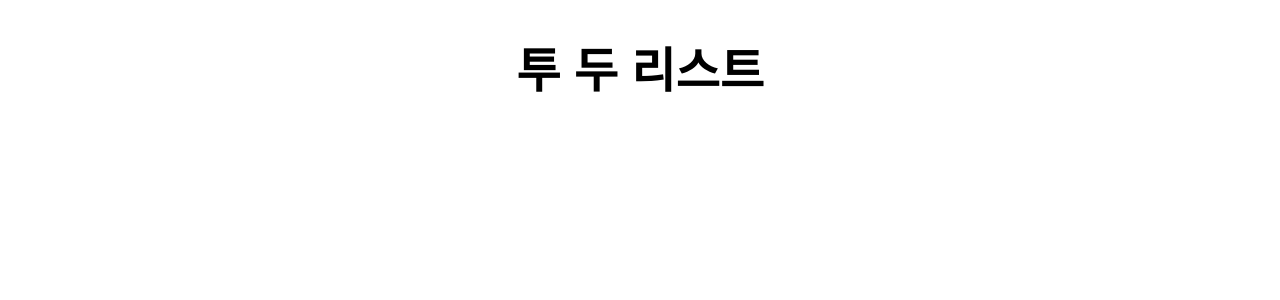
Repository: jun01270/Todo-List_React
Page: /
The author's editor kept a copy of each file at every save. The page is drawn from the files as they stood at one save, then again after the next save.
The browser window is 1280 px wide. The pictures show the whole page.
The project was rebuilt for these pictures with package versions that can differ from the ones it lists, and the page was loaded fresh each time.

Above is the page before, as saved 2023-01-02 17:18:31.

### public/index.html
<!DOCTYPE html>
<html lang="en">
  <head>
    <meta charset="utf-8" />
    <link rel="preconnect" href="https://fonts.googleapis.com" />
    <link rel="preconnect" href="https://fonts.gstatic.com" crossorigin />
    <link
      href="https://fonts.googleapis.com/css2?family=Nanum+Pen+Script&display=swap"
      rel="stylesheet"
    />
    <meta name="viewport" content="width=device-width, initial-scale=1" />
    <meta name="theme-color" content="#000000" />
    <meta
      name="description"
      content="Web site created using create-react-app"
    />
    <link rel="apple-touch-icon" href="%PUBLIC_URL%/logo192.png" />
    <!--
      manifest.json provides metadata used when your web app is installed on a
      user's mobile device or desktop. See https://developers.google.com/web/fundamentals/web-app-manifest/
    -->
    <link rel="manifest" href="%PUBLIC_URL%/manifest.json" />
    <!--
      Notice the use of %PUBLIC_URL% in the tags above.
      It will be replaced with the URL of the `public` folder during the build.
      Only files inside the `public` folder can be referenced from the HTML.

      Unlike "/favicon.ico" or "favicon.ico", "%PUBLIC_URL%/favicon.ico" will
      work correctly both with client-side routing and a non-root public URL.
      Learn how to configure a non-root public URL by running `npm run build`.
    -->
    <title>React App</title>
  </head>
  <body>
    <noscript>You need to enable JavaScript to run this app.</noscript>
    <div id="root"></div>
    <!--
      This HTML file is a template.
      If you open it directly in the browser, you will see an empty page.

      You can add webfonts, meta tags, or analytics to this file.
      The build step will place the bundled scripts into the <body> tag.

      To begin the development, run `npm start` or `yarn start`.
      To create a production bundle, use `npm run build` or `yarn build`.
    -->
  </body>
</html>

### src/App.js
import "./App.css";
import Todo from "./todo";

function App() {
  return (
    <>
      <Todo />
    </>
  );
}

export default App;

### src/App.css
#todo {
  font-family: "Nanum Pen Script", cursive;
  font-size: x-large;
  display: flex;
  justify-content: center;
  text-align: center;
}

.todo-Form {
}

.todo-title {
}

.todo-items {
  margin-top: 20px;
  width: 500px;
  height: 500px;
  border: 1px solid lightblue;
}

### src/todo.js
import { useState } from "react";
import "./App.css";

function Todo() {
  return (
    <div id="todo">
      <h1>투 두 리스트</h1>
    </div>
  );
}

export default Todo;

Loaded but not shown: src/index.js (common file); src/index.css (common file); src/reportWebVitals.js (common file)

After the next save:
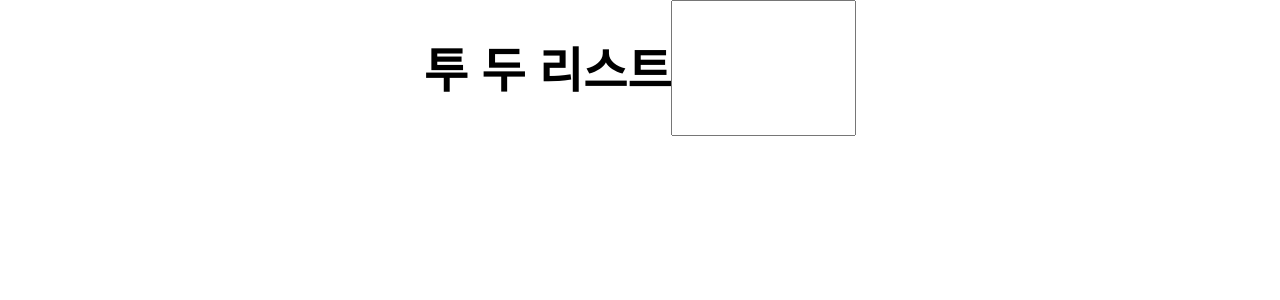
Saved 25 s later.
--- a/src/todo.js
+++ b/src/todo.js
@@ -5,6 +5,7 @@ function Todo() {
   return (
     <div id="todo">
       <h1>투 두 리스트</h1>
+      <input type="text"></input>
     </div>
   );
 }
